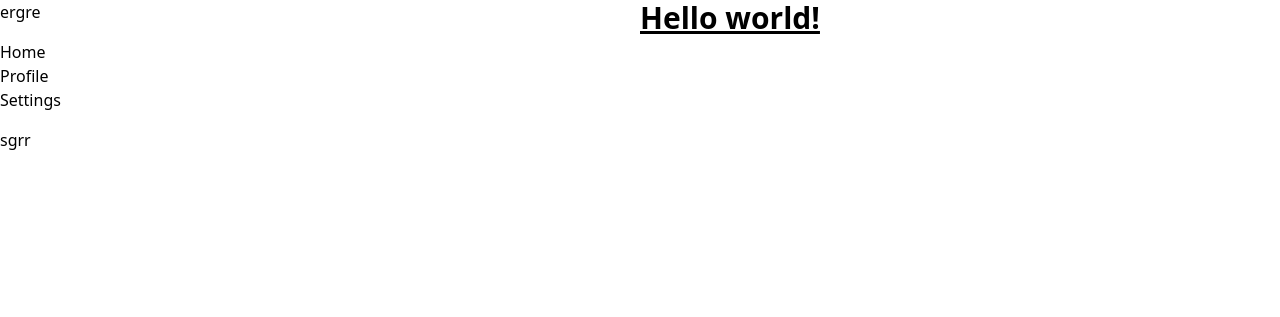
Repository: Yh010/dukaanDashboard
Page: /
An editor plug-in stored every save of this project. The page is shown before and after the next save, followed by the edit.
The browser window is 1280 px wide. The pictures show the whole page.
The project was rebuilt for these pictures with package versions that can differ from the ones it lists, and the page was loaded fresh each time. Also part of the build but not shown: vite.config.js, src/App.css.

Above is the page before, as saved 2024-01-21 11:16:37.

After the next save:
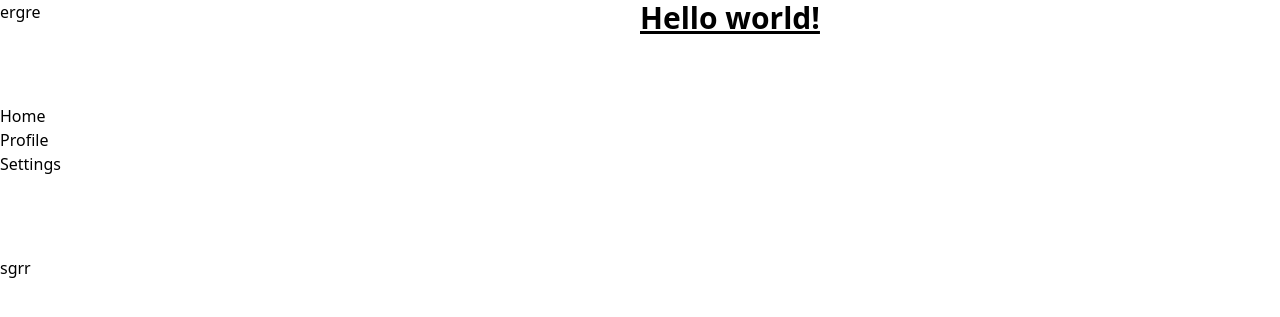
Saved 39 s later.
--- a/src/components/sidenavbar.jsx
+++ b/src/components/sidenavbar.jsx
@@ -1,6 +1,6 @@
 function SideNavBar() {
     return (
-        <div className="sidenavbar space-y-4 justify-between">
+        <div className="sidenavbar space-y-20 justify-between">
             <div id="head">
                 ergre
             </div>
